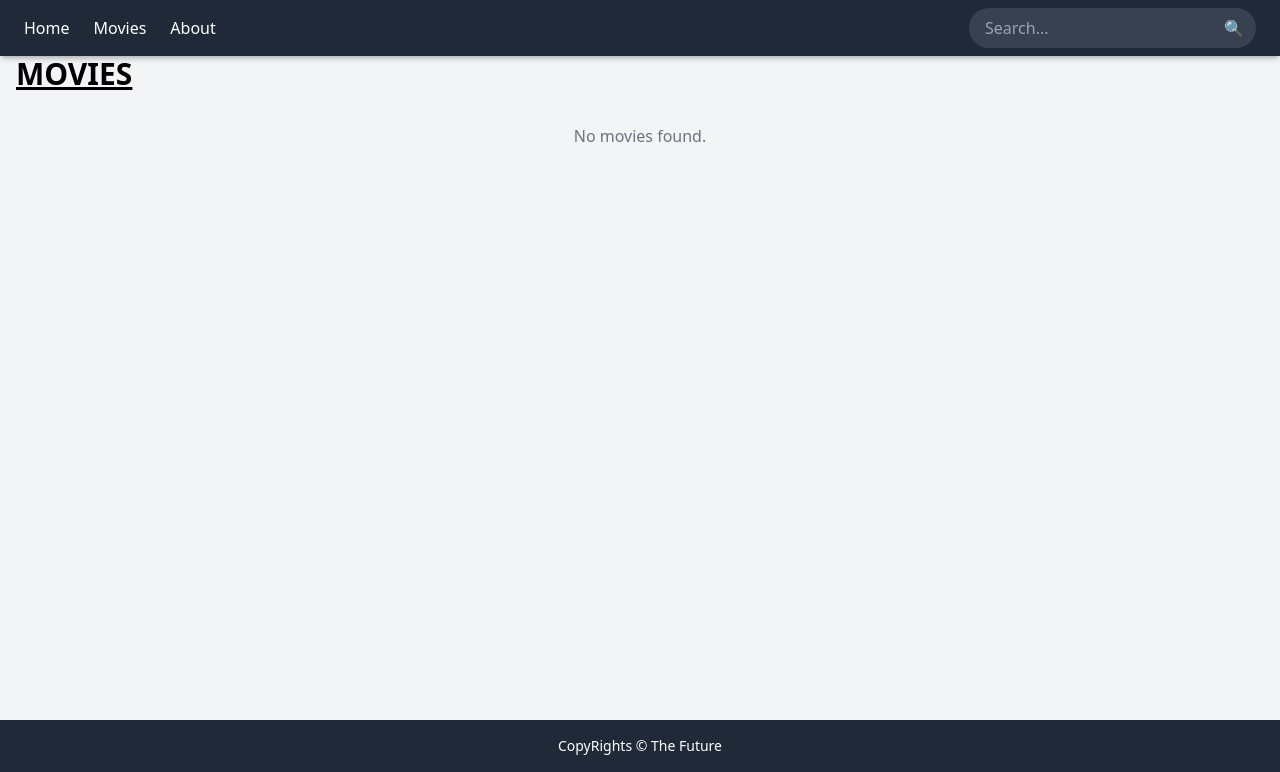
Repository: TheSecretlifeOfX/Movie-Rating
Page: /movies
These files come from the project's save history. The page is drawn as it stood at one moment and after the next save; the edit follows.
The browser window is 1280 px wide. The pictures show the whole page.
The page's requests for data from a server got no answer. The project was rebuilt for these pictures with package versions that can differ from the ones it lists, and the page was loaded fresh each time. The framework's server and built-in components were replaced by stand-ins that run in the browser. No one was signed in, and anything a server would have sent is missing. Also part of the build but not shown: next.config.ts.

Above is the page before, as saved 2024-11-30 11:30:49.

After the next save:
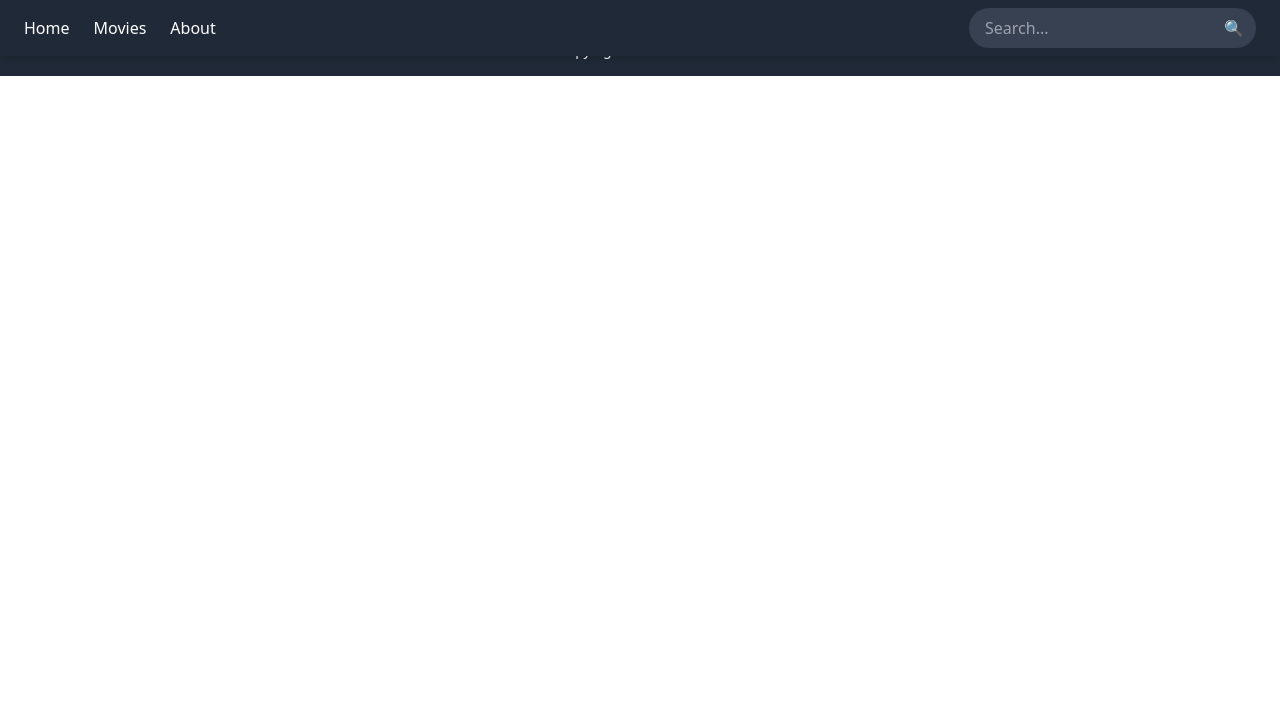
Saved 51 s later.
--- a/app/movies/page.tsx
+++ b/app/movies/page.tsx
@@ -1,8 +1,7 @@
-'use client';
+// pages/movies/index.tsx
 import React, { useState, useEffect } from "react";
-import NavBar from "../components/NavBar";
+import Link from "next/link"; // Import Link to navigate between pages
 
-// Define the type for movie objects
 interface Movie {
   id: string;
   title: string;
@@ -10,18 +9,15 @@ interface Movie {
   poster: string;
 }
 
-export default function Page() {
+const MoviesListPage = () => {
   const [movies, setMovies] = useState<Movie[]>([]); // Movies state
   const [loading, setLoading] = useState(false); // Loading state
-  const [page, setPage] = useState(1); // Current page state
-  const [totalPages, setTotalPages] = useState(1); // Total pages available
   const API_KEY = "9fdf7fc087msh47597c2b0f97da9p1ae2cbjsn3dcc4a7f3a4b"; // RapidAPI key
 
-  // Fetch movies based on the page number
   useEffect(() => {
-    async function fetchMovies() {
-      setLoading(true); // Set loading state to true when fetching
-      const url = `https://moviesdatabase.p.rapidapi.com/titles?page=${page}&limit=10`; // Adjust limit if needed
+    const fetchMovies = async () => {
+      setLoading(true);
+      const url = `https://moviesdatabase.p.rapidapi.com/titles?limit=10`;
       const options = {
         method: "GET",
         headers: {
@@ -33,107 +29,45 @@ export default function Page() {
       try {
         const response = await fetch(url, options);
         const data = await response.json();
-
-        if (data.results) {
-          // Map the data to fit the `Movie` interface
-          const formattedMovies = data.results.map((item: any) => ({
-            id: item.id,
-            title: item.titleText.text,
-            year: item.releaseYear?.year || "N/A",
-            poster:
-              item.primaryImage?.url || "https://via.placeholder.com/300x400.png",
-          }));
-
-          setMovies(formattedMovies);
-
-          // Update the total number of pages (this should come from the API response)
-          setTotalPages(data.totalPages || 1);
-        } else {
-          console.error("Error fetching movies:", data.error);
-          setMovies([]); // If no results, clear the movies state
-        }
+        const formattedMovies = data.results.map((item: any) => ({
+          id: item.id,
+          title: item.titleText.text,
+          year: item.releaseYear?.year || "N/A",
+          poster: item.primaryImage?.url || "https://via.placeholder.com/300x400.png",
+        }));
+        setMovies(formattedMovies);
       } catch (error) {
         console.error("Error fetching movies:", error);
-        setMovies([]); // If fetch fails, clear the movies state
       } finally {
-        setLoading(false); // Set loading state to false when fetching is complete
+        setLoading(false);
       }
-    }
+    };
 
     fetchMovies();
-  }, [page]); // Run the effect whenever the page changes
-
-  // Handle pagination
-  const handleNextPage = () => {
-    if (page < totalPages) setPage((prev) => prev + 1);
-  };
-
-  const handlePreviousPage = () => {
-    if (page > 1) setPage((prev) => prev - 1);
-  };
+  }, []);
 
   return (
     <div>
-      {/* Navbar component */}
-      <NavBar onSearch={() => {}} />
-
-      <main className="p-4 bg-gray-100 min-h-screen">
-        <h1 className="text-3xl font-bold text-left underline mt-10 mb-8">
-          MOVIES
-        </h1>
-
-        {loading ? (
-          <p className="text-center text-gray-500">Loading movies...</p>
-        ) : movies.length > 0 ? (
-          <div>
-            {/* Movies Grid */}
-            <div className="grid grid-cols-1 md:grid-cols-2 lg:grid-cols-3 gap-6">
-              {movies.map((movie) => (
-                <div key={movie.id} className="bg-white shadow-md rounded-lg p-4">
-                  <img
-                    src={movie.poster}
-                    alt={movie.title}
-                    className="w-full h-48 object-cover rounded-lg mb-4"
-                  />
-                  <h3 className="text-xl font-semibold mb-2">{movie.title}</h3>
-                  <p className="text-gray-700 text-sm mb-4">Year: {movie.year}</p>
-                </div>
-              ))}
+      <h1>Movies List</h1>
+      {loading ? (
+        <p>Loading movies...</p>
+      ) : (
+        <div>
+          {movies.map((movie) => (
+            <div key={movie.id} className="movie-item">
+              <Link href={`/movies/${movie.id}`}>
+                <a>
+                  <img src={movie.poster} alt={movie.title} />
+                  <h3>{movie.title}</h3>
+                  <p>{movie.year}</p>
+                </a>
+              </Link>
             </div>
-
-            {/* Pagination Controls */}
-            <div className="flex justify-center items-center mt-8 space-x-4">
-              <button
-                onClick={handlePreviousPage}
-                disabled={page === 1}
-                className={`px-4 py-2 rounded-full ${
-                  page === 1
-                    ? "bg-gray-300 text-gray-500 cursor-not-allowed"
-                    : "bg-purple-500 text-white hover:bg-purple-700"
-                }`}
-              >
-                Previous
-              </button>
-              <span className="text-gray-700">
-                Page {page} of {totalPages}
-              </span>
-              <button
-                onClick={handleNextPage}
-                disabled={page === totalPages}
-                className={`px-4 py-2 rounded-full ${
-                  page === totalPages
-                    ? "bg-gray-300 text-gray-500 cursor-not-allowed"
-                    : "bg-purple-500 text-white hover:bg-purple-700"
-                }`}
-              >
-                Next
-              </button>
-            </div>
-          </div>
-        ) : (
-          <p className="text-center text-gray-500">No movies found.</p>
-        )}
-      </main>
+          ))}
+        </div>
+      )}
     </div>
   );
-}
+};
+
+export default MoviesListPage;
